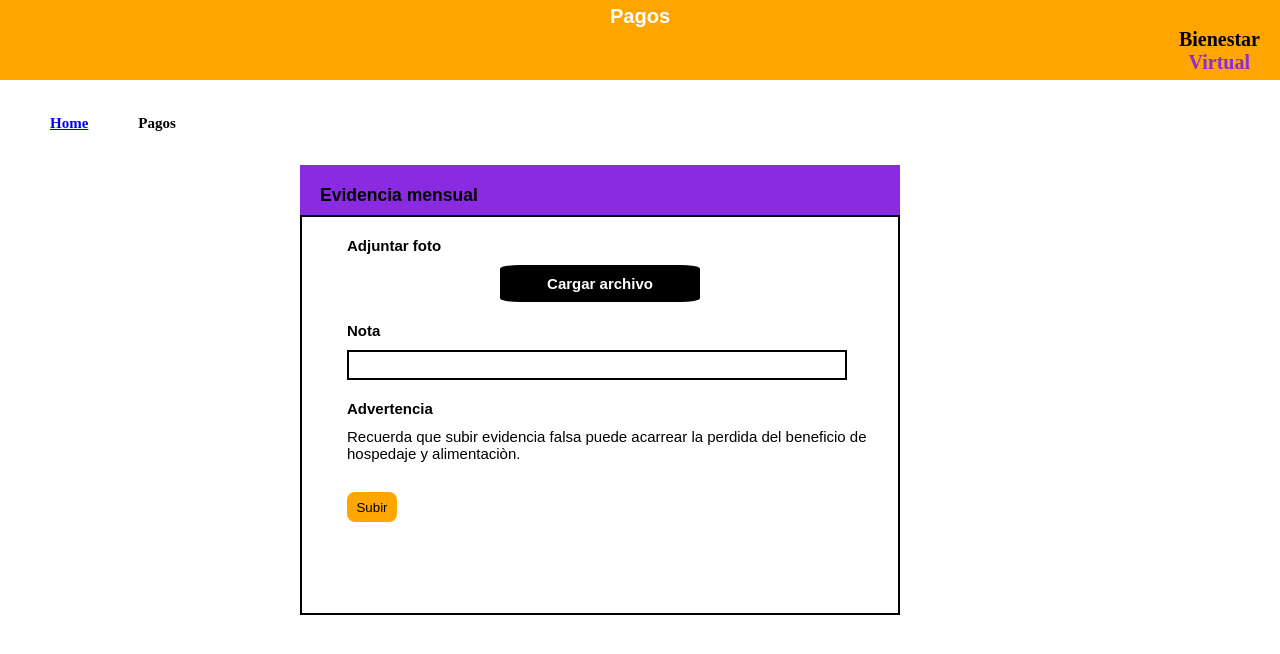
Repository: Diani123/Mis-actividades
Page: softwarebienestarinstitucional/pagos.html
The author's editor kept a copy of each file at every save. The page is drawn from the files as they stood at one save, then again after the next save.
The browser window is 1280 px wide. The pictures show the whole page.

Above is the page before, as saved 2023-02-12 19:57:42.

### softwarebienestarinstitucional/pagos.html
<!DOCTYPE html>
<html lang="en">
  <head>
    <meta charset="UTF-8" />
    <meta http-equiv="X-UA-Compatible" content="IE=edge" />
    <meta name="viewport" content="width=device-width, initial-scale=1.0" />
    <link rel="stylesheet" href="./pagos.css" />
    <title>Document</title>
  </head>
  <body>
    <header>
      <div class="Encabezado">
        <h2 class="title1">Pagos</h2>
        <h2 class="title2">Bienestar</h2>
        <h2 class="title3">Virtual</h2>
      </div>
    </header>
    <div class="Items">
      <a href="./home.html"><h2 class="item">Home</h2></a>
      <h2 class="item">Pagos</h2>
    </div>
    <div class="ContainerT">
      <div class="ContainerTitle">
        <h3 class="title4">Evidencia mensual</h3>
      </div>
      <div class="Container-dowload">
        <form
          action="../../form-result.php"
          method="post"
          enctype="multipart/form-data"
          target="_blank"
        >
          <p class="textt">Adjuntar foto</p>
          <br />

          <div class="custom-input-file col-md-6 col-sm-6 col-xs-6">
            <input
              type="file"
              id="fichero-tarifas"
              class="input-file"
              value=""
            />
            Cargar archivo
          </div>

          <p class="textt">Nota</p>
          <br />
          <section class="Section-nota">
            <input class="input3" type="text" name="" id="" />
          </section>
          <p class="textt">Advertencia</p>
          <br />
          <h2 class="advertencia">
            Recuerda que subir evidencia falsa puede acarrear la perdida del
            beneficio de hospedaje y alimentaciòn.
          </h2>
          <button class="boton">Subir</button>
        </form>
      </div>
    </div>
  </body>
</html>

### softwarebienestarinstitucional/pagos.css
* {
    margin: 0;
    padding: 0;
    box-sizing: border-box;
  }
  html {
    font-size: 62.5%;
  }
  html,
  body {
    min-height: 100%;
  }
  .Encabezado {
    display: flex;
    flex-direction: column;
    width: 100%;
    height: 80px;
    background-color: orange;
  }
  .Items {
    display: flex;
    flex-direction: row;
    text-align: left;
    height: 50px;
    margin-top: 15px;
    margin-bottom: 20px;
  }
  .title1 {
    padding-top: 5px;
    text-align: center;
    font-size: 2rem;
    font-family: Arial, Helvetica, sans-serif;
    color: white;
  }
  .title2 {
    text-align: end;
    margin-right: 20px;
    font-size: 2rem;
    color: whit;
  }
  .title3 {
    text-align: end;
    margin-right: 30px;
    font-size: 2rem;
    color: blueviolet;
    padding-top: px;
  }
  .item {
    padding-top: 20px;
    padding-left: 50px;
  }


  .ContainerTitle {
    margin-left: 300px;
    height: 50px;
    width: 600px;
    background-color: blueviolet;
    padding-left: 20px;
    padding-top: 20px;
    font-size: 1.5rem;
    font-family: Arial, Helvetica, sans-serif;
  }
  .Container-dowload{
    margin-left: 300px;
    width: 600px;
    height: 400px;
    border: solid 2px black;
  }
  .ContainerT{
    display: grid;
  }

  .textt{
    margin-top: 20px;
    margin-left: 45px;
    font-size: 1.5rem;
    font-weight: 700;
    font-family: Arial, Helvetica, sans-serif;
  }
  .section1{
    width: 500px;
    height: 80px;
    margin-left: 45px;
    border: solid 2px black;
    justify-content: center;
    align-items: center;
  }

  .input3{
    width: 500px;
    height: 30px;
    margin-left: 45px;
    border: solid 2px black;


  }
  .advertencia{
    margin-left: 45px;
    font-weight: 100;
    font-family: Arial, Helvetica, sans-serif;
  }
  .boton{
    margin-top: 30px;
    margin-left: 45px;
    width: 50px;
    height: 30px;
    background-color: orange;
    border-radius: 8px;
    border: none;
    cursor: pointer;

  }
  .boton:hover{
    box-shadow: 0 0 20px blueviolet;
  }
  .custom-input-file {
    background-color: black;
    color: #fff;
    cursor: pointer;
    font-size: 1.5rem;
    font-weight: bold;
    margin: 0 auto 0;
    min-height: 15px;
    overflow: hidden;
    padding: 10px;
    position: relative;
    text-align: center;
    width: 200px;
    border-radius: 10%;
    font-family: Arial, Helvetica, sans-serif;
  }

  .custom-input-file .input-file {
   border: 10000px solid transparent;
   cursor: pointer;
   font-size: 10000px;
   margin: 0;
   opacity: 0;
   outline: 0 none;
   padding: 0;
   position: absolute;
   right: -1000px;
   top: -1000px;
  }

After the next save:
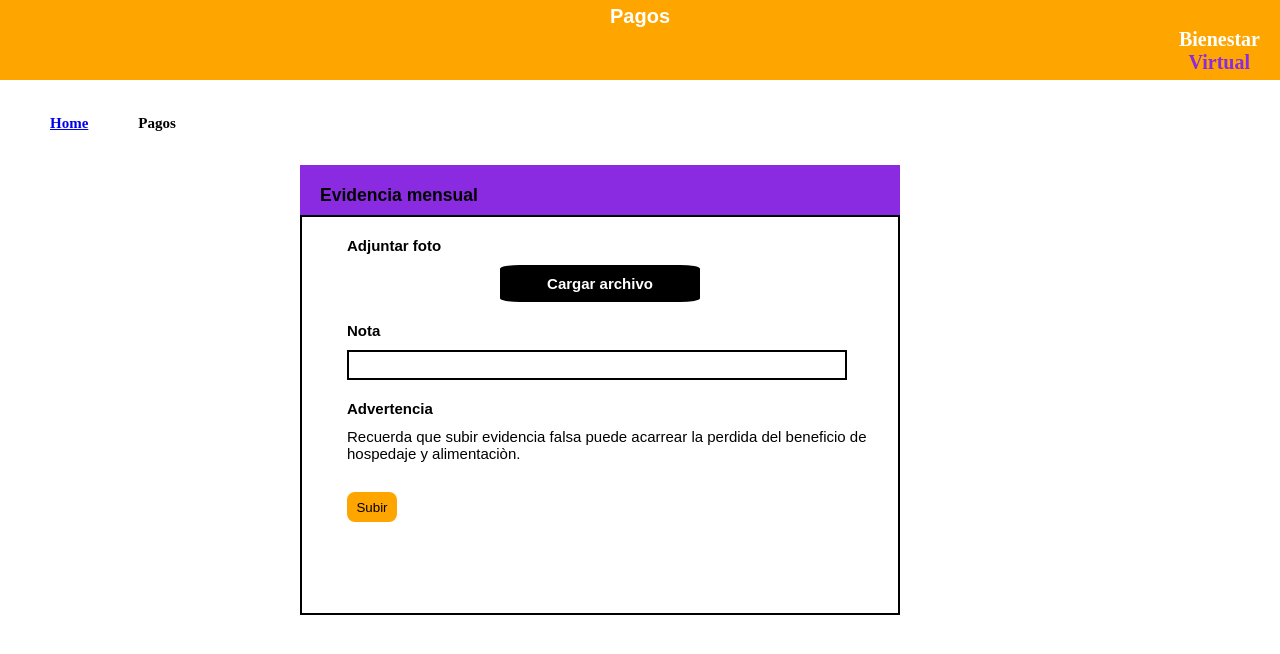
Saved 4 s later.
--- a/softwarebienestarinstitucional/pagos.css
+++ b/softwarebienestarinstitucional/pagos.css
@@ -36,7 +36,7 @@
     text-align: end;
     margin-right: 20px;
     font-size: 2rem;
-    color: whit;
+    color: white;
   }
   .title3 {
     text-align: end;
